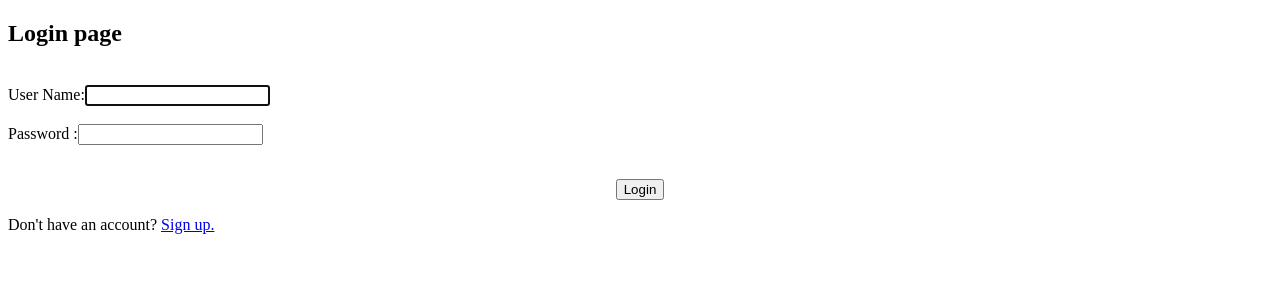
Repository: aforaswin/car-rental
Page: http://localhost/Car_Rental/home
The author's editor kept a copy of each file at every save. The page is drawn from the files as they stood at one save, then again after the next save.
The browser window is 1280 px wide. The pictures show the whole page.
The page is served by Tomcat 9.

Above is the page before, as saved 2017-09-19 09:42:55.

After the next save:
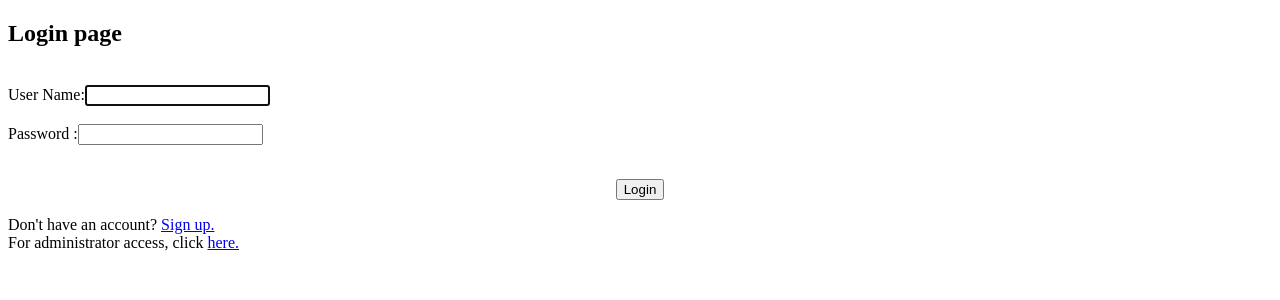
Saved 42 s later.
--- a/Car Rental/WebContent/userLogin.jsp
+++ b/Car Rental/WebContent/userLogin.jsp
@@ -16,5 +16,6 @@ Password :<input type="password" name="pass" required><br><br>
 <p style="text-align:center;"><input type="submit" value="Login"></p>
 </form>
 Don't have an account? <a href="newUser">Sign up.</a>
+<br/>For administrator access, click <a href="admin">here.</a>
 </body>
 </html>
